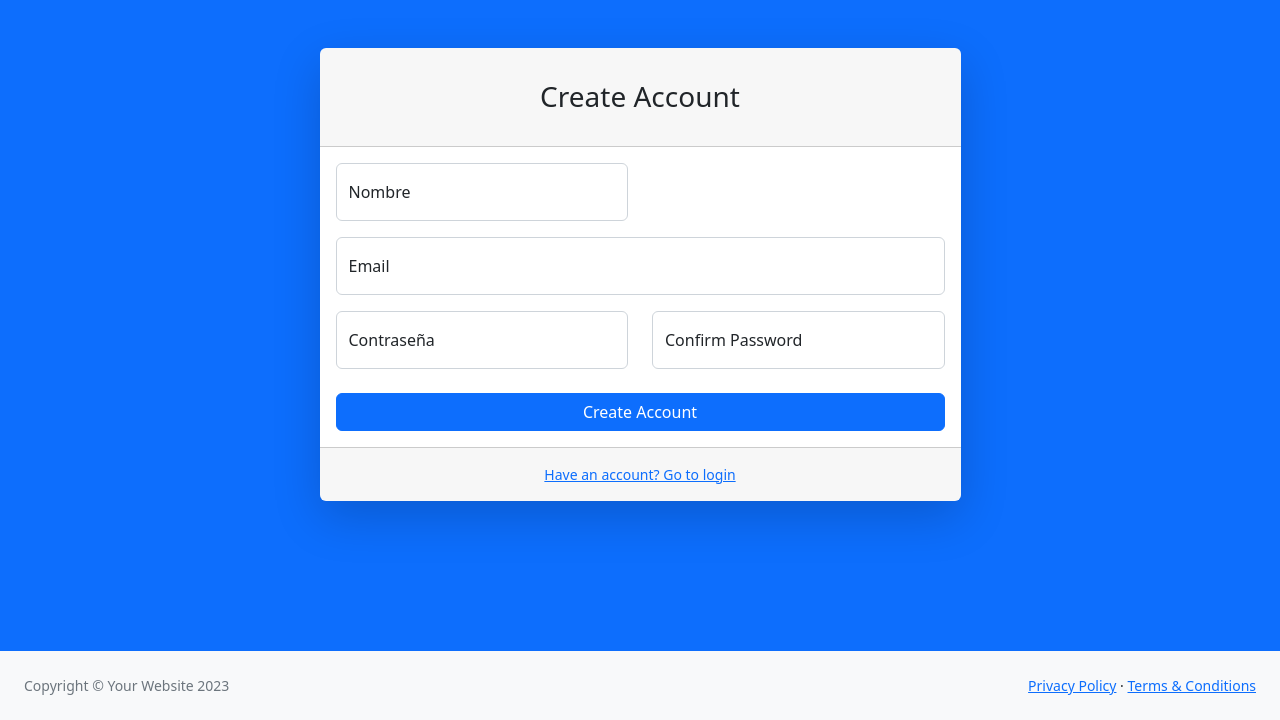
Repository: EstefaMH/Dashboard
Page: register.html
An editor plug-in stored every save of this project. The page is shown before and after the next save, followed by the edit.
The browser window is 1280 px wide. The pictures show the whole page.
Some web libraries are served in a nearby version.

Above is the page before, as saved 2023-12-25 22:46:54.

### register.html
<!DOCTYPE html>
<html lang="en">

<head>
    <meta charset="utf-8" />
    <meta http-equiv="X-UA-Compatible" content="IE=edge" />
    <meta name="viewport" content="width=device-width, initial-scale=1, shrink-to-fit=no" />
    <meta name="description" content="" />
    <meta name="author" content="" />
    <title>Registro - Admin</title>
    <link href="styles/styles.css" rel="stylesheet" />
    <script src="https://use.fontawesome.com/releases/v6.3.0/js/all.js" crossorigin="anonymous"></script>
</head>

<body class="bg-primary">
    <div id="layoutAuthentication">
        <div id="layoutAuthentication_content">
            <main>
                <div class="container">
                    <div class="row justify-content-center">
                        <div class="col-lg-7">
                            <div class="card shadow-lg border-0 rounded-lg mt-5">
                                <div class="card-header">
                                    <h3 class="text-center font-weight-light my-4">Create Account</h3>
                                </div>
                                <div class="card-body">
                                    <form>
                                        <div class="row mb-3">
                                            <div class="col-md-6">
                                                <div class="form-floating mb-3 mb-md-0">
                                                    <input name="userName" class="form-control" id="inputFirstName"
                                                        type="text" placeholder="Enter your first name" />
                                                    <label for="inputFirstName">Nombre</label>
                                                </div>
                                            </div>

                                        </div>
                                        <div class="form-floating mb-3">
                                            <input name="email" class="form-control" id="inputEmail" type="email"
                                                placeholder="name@example.com" />
                                            <label for="inputEmail">Email </label>
                                        </div>
                                        <div class="row mb-3">
                                            <div class="col-md-6">
                                                <div class="form-floating mb-3 mb-md-0">
                                                    <input name="password" class="form-control" id="inputPassword"
                                                        type="password" placeholder="Create a password" />
                                                    <label for="inputPassword">Contraseña</label>
                                                </div>
                                            </div>
                                            <div class="col-md-6">
                                                <div class="form-floating mb-3 mb-md-0">
                                                    <input class="form-control" id="inputPasswordConfirm"
                                                        type="password" placeholder="Confirm password" />
                                                    <label for="inputPasswordConfirm">Confirm Password</label>
                                                </div>
                                            </div>
                                        </div>
                                        <div class="mt-4 mb-0">
                                            <div class="d-grid"><a class="btn btn-primary btn-block"
                                                    href="login.html">Create Account</a></div>
                                        </div>
                                    </form>
                                </div>
                                <div class="card-footer text-center py-3">
                                    <div class="small"><a href="login.html">Have an account? Go to login</a></div>
                                </div>
                            </div>
                        </div>
                    </div>
                </div>
            </main>
        </div>
        <div id="layoutAuthentication_footer">
            <footer class="py-4 bg-light mt-auto">
                <div class="container-fluid px-4">
                    <div class="d-flex align-items-center justify-content-between small">
                        <div class="text-muted">Copyright &copy; Your Website 2023</div>
                        <div>
                            <a href="#">Privacy Policy</a>
                            &middot;
                            <a href="#">Terms &amp; Conditions</a>
                        </div>
                    </div>
                </div>
            </footer>
        </div>
    </div>
    <script src="https://cdn.jsdelivr.net/npm/bootstrap@5.2.3/dist/js/bootstrap.bundle.min.js"
        crossorigin="anonymous"></script>
    <script src="js/scripts.js"></script>
</body>

</html>

### js/scripts.js
/*!
    * Start Bootstrap - SB Admin v7.0.7 (https://startbootstrap.com/template/sb-admin)
    * Copyright 2013-2023 Start Bootstrap
    * Licensed under MIT (https://github.com/StartBootstrap/startbootstrap-sb-admin/blob/master/LICENSE)
    */
    //
// Scripts
//

window.addEventListener('DOMContentLoaded', event => {

    // Toggle the side navigation
    const sidebarToggle = document.body.querySelector('#sidebarToggle');
    if (sidebarToggle) {
        // Uncomment Below to persist sidebar toggle between refreshes
        // if (localStorage.getItem('sb|sidebar-toggle') === 'true') {
        //     document.body.classList.toggle('sb-sidenav-toggled');
        // }
        sidebarToggle.addEventListener('click', event => {
            event.preventDefault();
            document.body.classList.toggle('sb-sidenav-toggled');
            localStorage.setItem('sb|sidebar-toggle', document.body.classList.contains('sb-sidenav-toggled'));
        });
    }

});

Loaded but not shown: styles/styles.css (library)

After the next save:
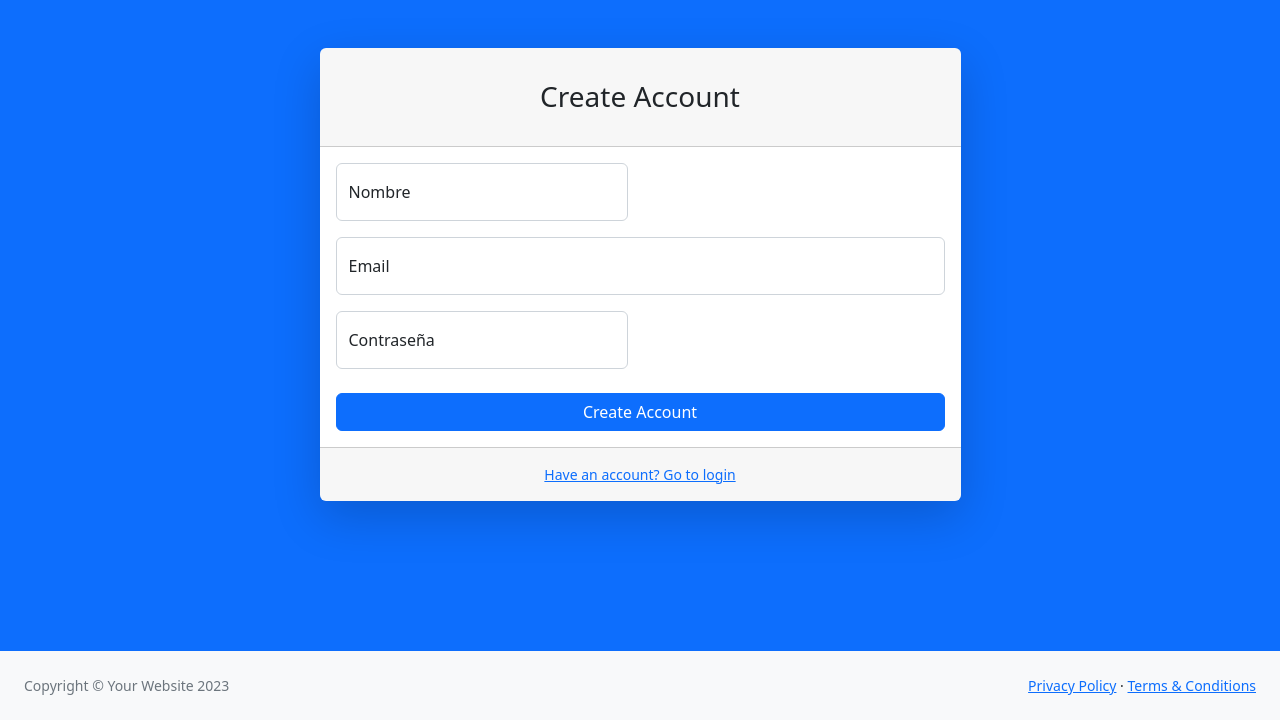
Saved 16 s later.
--- a/register.html
+++ b/register.html
@@ -48,13 +48,7 @@
                                                     <label for="inputPassword">Contraseña</label>
                                                 </div>
                                             </div>
-                                            <div class="col-md-6">
-                                                <div class="form-floating mb-3 mb-md-0">
-                                                    <input class="form-control" id="inputPasswordConfirm"
-                                                        type="password" placeholder="Confirm password" />
-                                                    <label for="inputPasswordConfirm">Confirm Password</label>
-                                                </div>
-                                            </div>
+
                                         </div>
                                         <div class="mt-4 mb-0">
                                             <div class="d-grid"><a class="btn btn-primary btn-block"
